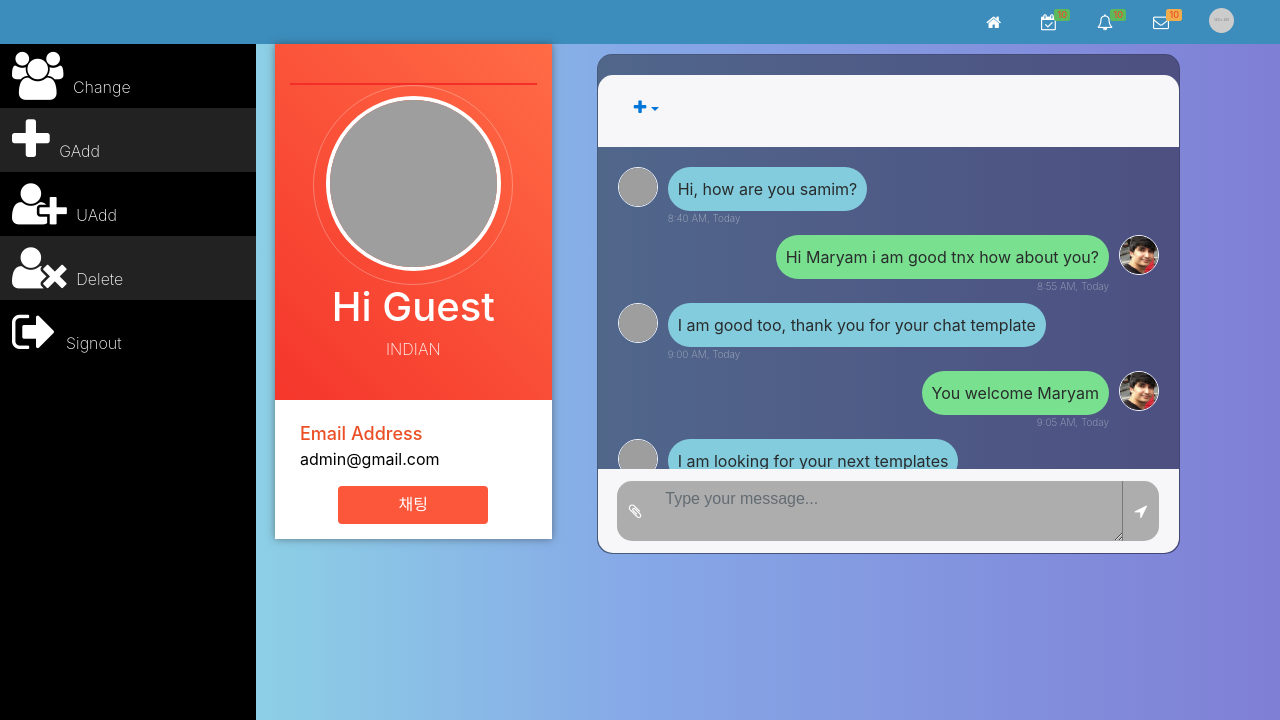
Repository: lukawitch/graduatedchat
Page: http://localhost/Graduated/WEB-INF/views/personalchat.jsp
The author's editor kept a copy of each file at every save. The page is drawn from the files as they stood at one save, then again after the next save.
The browser window is 1280 px wide. The pictures show the whole page.
Pictures or frames that could not be fetched are drawn as grey boxes. The page is served by Tomcat 9. Nobody is signed in. The template is opened directly, without the code that normally fills it, so the values that code supplies are empty.

Above is the page before, as saved 2019-06-09 05:37:44.

After the next save:
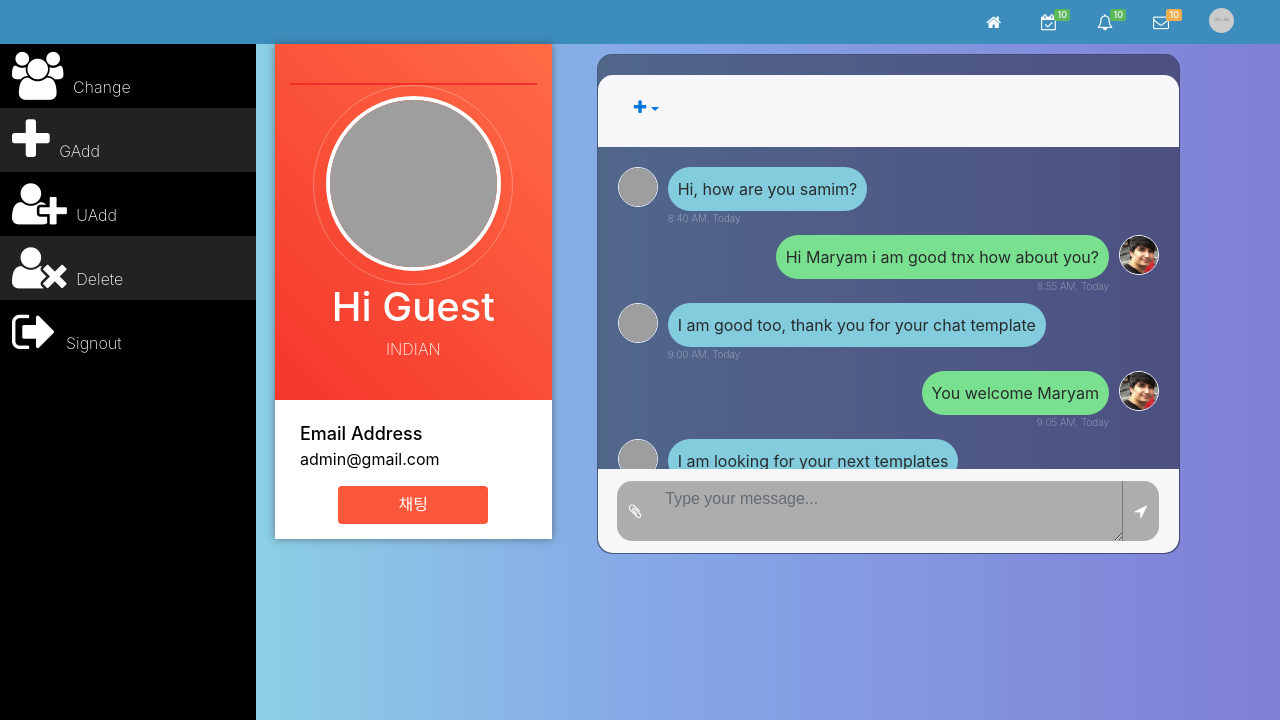
Saved 2 min 15 s later.
--- a/Graduated/src/main/webapp/WEB-INF/views/personalchat.jsp
+++ b/Graduated/src/main/webapp/WEB-INF/views/personalchat.jsp
@@ -104,7 +104,7 @@ box-shadow:         0px 0px 8px 0px rgba(50, 50, 50, 0.54);
 }
 
 .label {
-    color: #EB4F26;
+
     font-size: 18px;
     font-weight: 500;
 }
